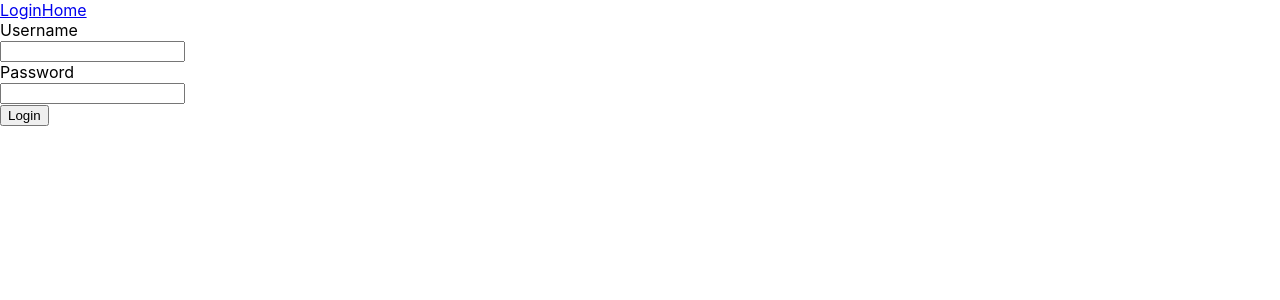
Repository: alinasuciu/endava-test
Page: /login
The author's editor kept a copy of each file at every save. The page is drawn from the files as they stood at one save, then again after the next save.
The browser window is 1280 px wide. The pictures show the whole page.
The project was rebuilt for these pictures with package versions that can differ from the ones it lists, and the page was loaded fresh each time. Also part of the build but not shown: src/views/Homepage/index.js, src/components/ProtectedRoute/index.js, src/components/ApiErrorNotification/index.js.

Above is the page before, as saved 2022-08-03 21:02:34.

After the next save:
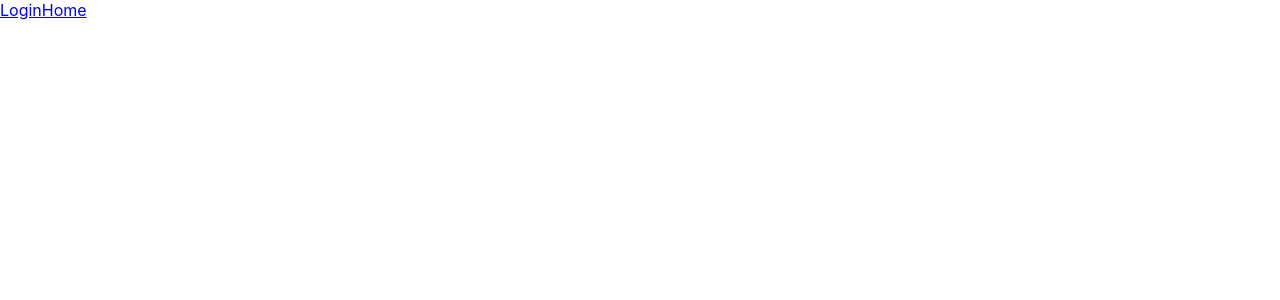
Saved 6 min 15 s later.
--- a/src/views/routes/index.js
+++ b/src/views/routes/index.js
@@ -1,22 +1,28 @@
 import React from "react";
-import { Routes, Route } from "react-router-dom";
+import { Routes, Route, Navigate } from "react-router-dom";
 import Homepage from "../Homepage";
 import Login from "../Login";
+import { useAuth } from "../../common/hooks";
 import { ProtectedRoute } from "../../components/ProtectedRoute";
 
-
-const ViewRoutes = () => (
+const ViewRoutes = () => {
+  const { isLoggin } = useAuth();
   <Routes>
-    <Route exact path="/login" element={<Login />} />
+    <Route exact path="/" element={<Homepage />} />
     <Route
-        path="/"
-        element={
-          <ProtectedRoute>
-            <Homepage />
-          </ProtectedRoute>
-        }
-      />
-  </Routes>
-)
+      exact
+      path="/login"
+      element={isLoggin ? <Navigate replace to="/" /> : <Login />}
+    />
+    <Route
+      path="/"
+      element={
+        <ProtectedRoute>
+          <Homepage />
+        </ProtectedRoute>
+      }
+    />
+  </Routes>;
+};
 
 export default ViewRoutes;

After the 5 saves that followed:
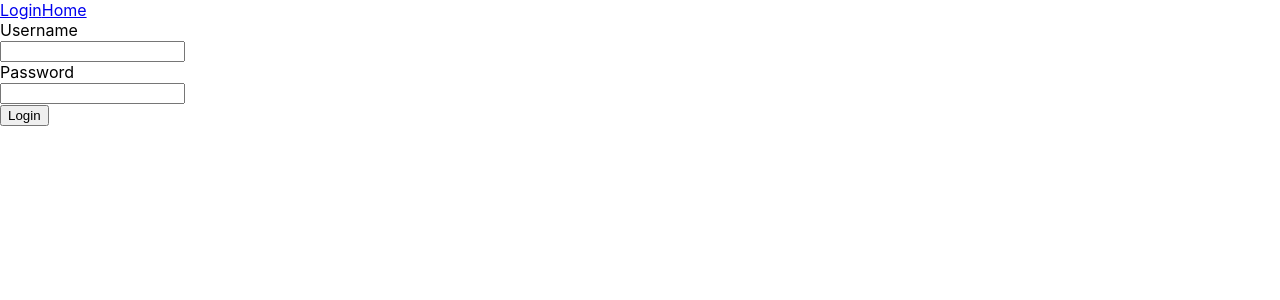
The 5 saves are shown as one change because 4 left the picture as it was.
The last was saved 6 min 9 s later.
--- a/src/views/routes/index.js
+++ b/src/views/routes/index.js
@@ -7,22 +7,23 @@
 
 const ViewRoutes = () => {
   const { isLoggin } = useAuth();
-  <Routes>
-    <Route exact path="/" element={<Homepage />} />
-    <Route
-      exact
-      path="/login"
-      element={isLoggin ? <Navigate replace to="/" /> : <Login />}
-    />
-    <Route
-      path="/"
-      element={
-        <ProtectedRoute>
-          <Homepage />
-        </ProtectedRoute>
-      }
-    />
-  </Routes>;
+  return (
+    <Routes>
+      <Route
+        exact
+        path="/login"
+        element={isLoggin ? <Navigate replace to="/" /> : <Login />}
+      />
+      <Route
+        path="/"
+        element={
+          <ProtectedRoute>
+            <Homepage />
+          </ProtectedRoute>
+        }
+      />
+    </Routes>
+  );
 };
 
 export default ViewRoutes;
